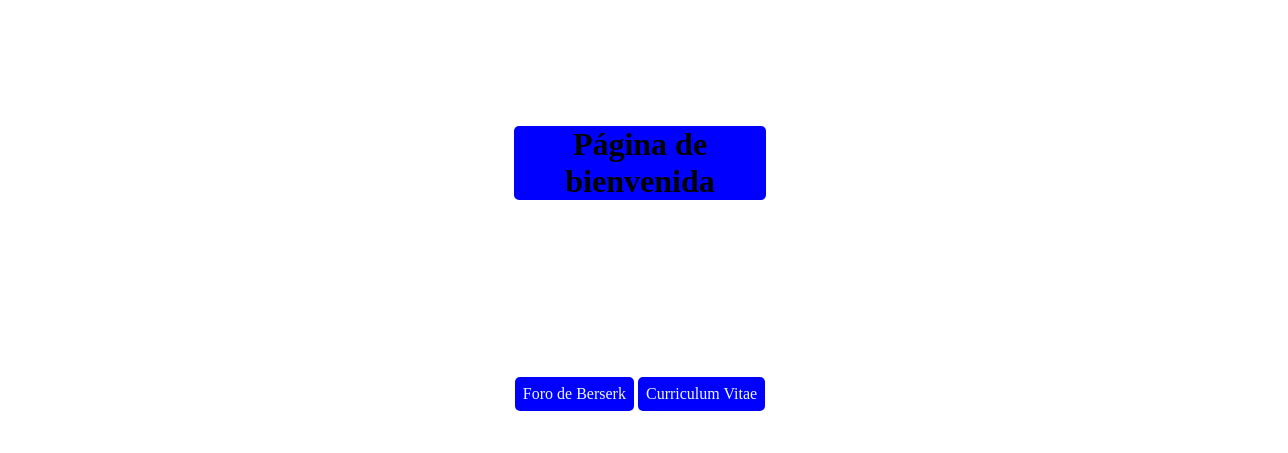
Repository: MateoSantander/Ejercicios4y5
Page: http://localhost/Ejercicio_4/
These files come from the project's save history. The page is drawn as it stood at one moment and after the next save; the edit follows.
The browser window is 1280 px wide. The page is 1280 px wide, then 1288 px, so the pictures cover 1288 px, including what lies to the right of the window. The pictures show the whole page.
The page is served by Tomcat 9.

Above is the page before, as saved 2022-03-18 14:46:52.
Not found: Ejercicio_4/Ejercicio_4/css/img/stars.jpg

After the next save:
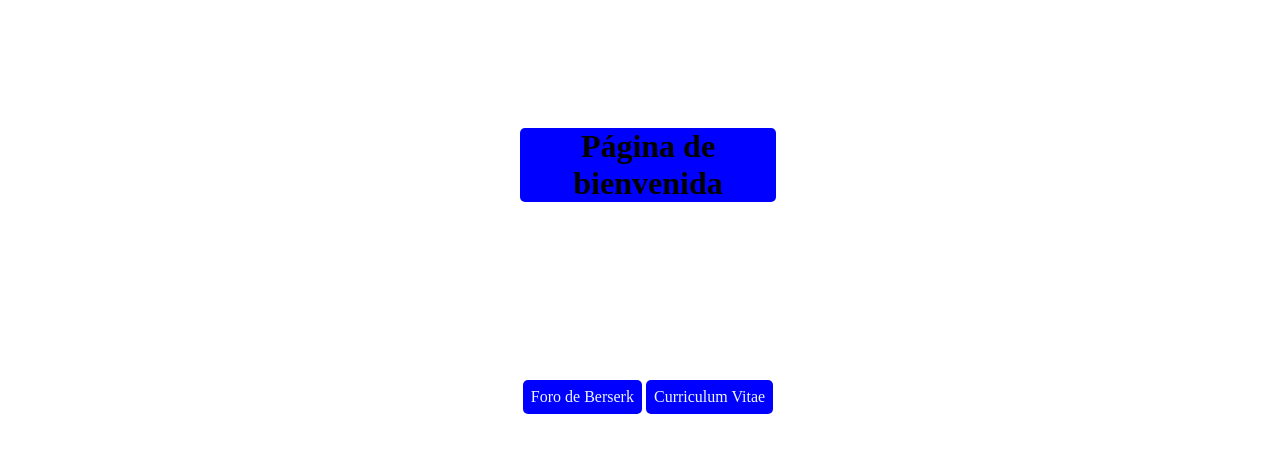
Saved 4 min 26 s later.
--- a/Ejercicio_4/src/main/webapp/css/index.css
+++ b/Ejercicio_4/src/main/webapp/css/index.css
@@ -1,6 +1,7 @@
 @charset "ISO-8859-1";
 
 body{
+	width: 100%;
     background-image: url(img/stars.jpg);
 }
 
